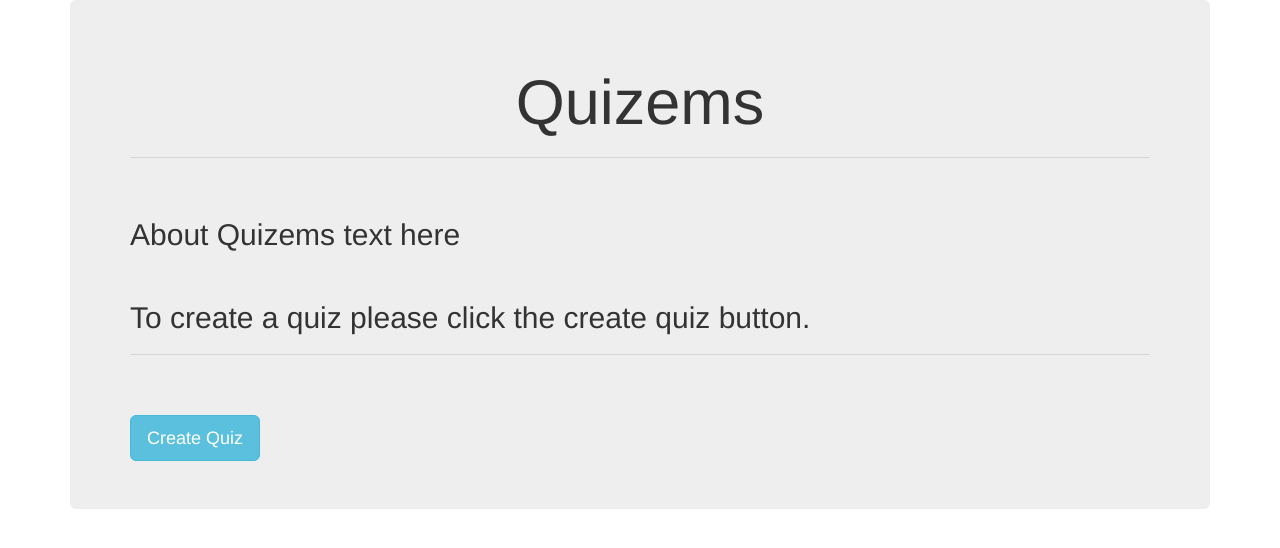
Repository: phillipdacosta/QuizemsNew
Page: /
An editor plug-in stored every save of this project. The page is shown before and after the next save, followed by the edit.
The browser window is 1280 px wide. The pictures show the whole page.
Some web libraries are served in a nearby version. The project was rebuilt for these pictures with package versions that can differ from the ones it lists, and the page was loaded fresh each time. Also part of the build but not shown: angular.json, src/app/professor/professor.component.ts, src/app/data.service.ts, src/app/question.model.ts, src/app/quiz/quiz.component.ts, src/app/student/student.component.ts, src/app/questions/questions.component.ts, src/app/question-display/question-display.component.ts and 1 more.

Above is the page before, as saved 2019-06-30 16:15:29.

After the next save:
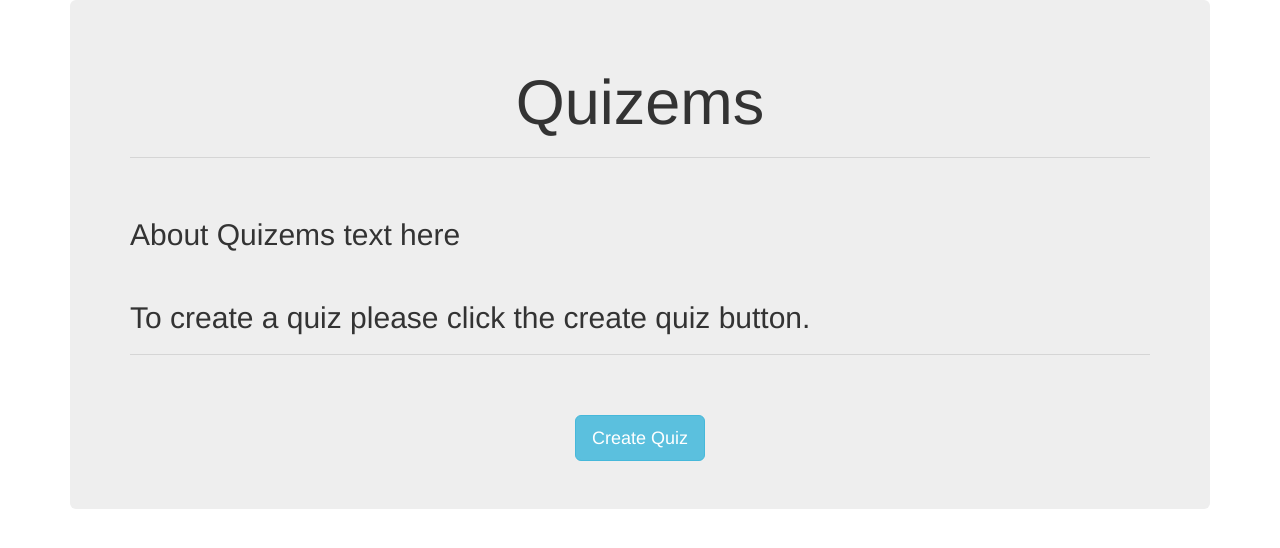
Saved 84 s later.
--- a/src/app/about/about.component.html
+++ b/src/app/about/about.component.html
@@ -27,8 +27,14 @@
 <br>
 
   <br>
+
+  <div class = "col text-center">
+
+
+
 <button type="button" class="btn btn-info btn-lg" (click) = "navigateToQuiz()">Create Quiz</button>
 
 </div>
+</div>
 
 </div>
